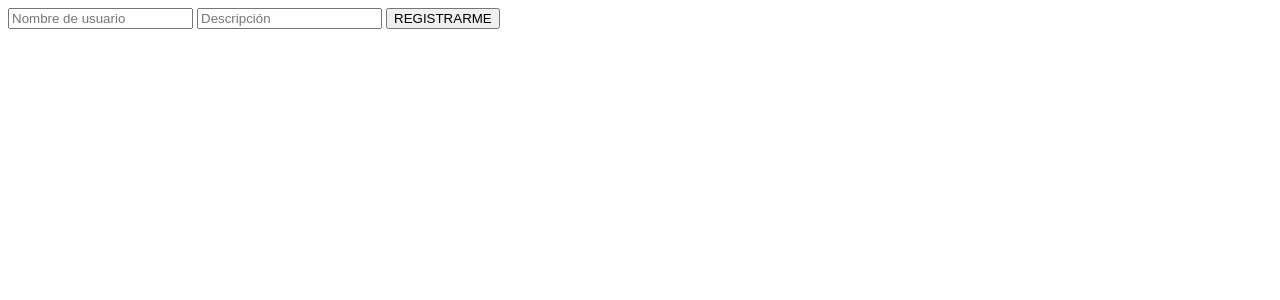
Repository: UNIZAR-30226-2020-06/PS-BackendGroup
Page: http://localhost/Espotify/modinfo.jsp
The author's editor kept a copy of each file at every save. The page is drawn from the files as they stood at one save, then again after the next save.
The browser window is 1280 px wide. The pictures show the whole page.
The page is served by Tomcat 9.

Above is the page before, as saved 2020-03-22 00:46:46.

After the next save:
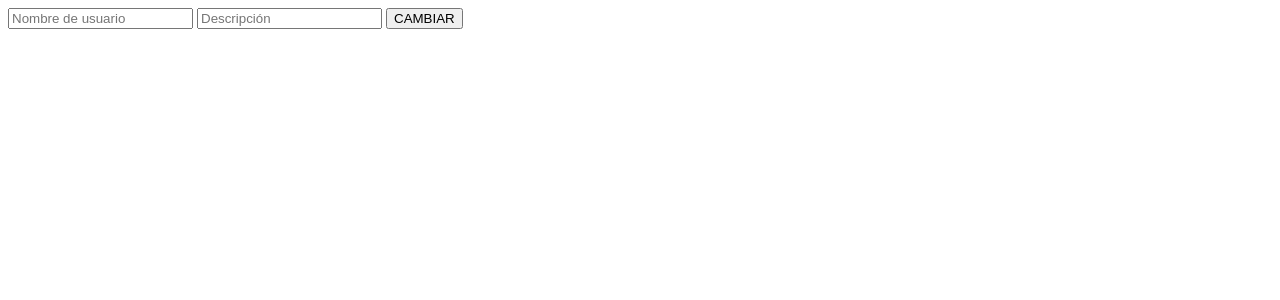
Saved 6 s later.
--- a/eclipse-espotify/Espotify/WebContent/modinfo.jsp
+++ b/eclipse-espotify/Espotify/WebContent/modinfo.jsp
@@ -4,7 +4,7 @@
 		<input type="text" name="nombre" placeholder="Nombre de usuario" required="">
 		<input type="text" name="descripcion" placeholder="Descripción" required="">
 
-		<input type="submit" value="REGISTRARME">
+		<input type="submit" value="CAMBIAR">
 	</form>
 </BODY>
 </HTML>
